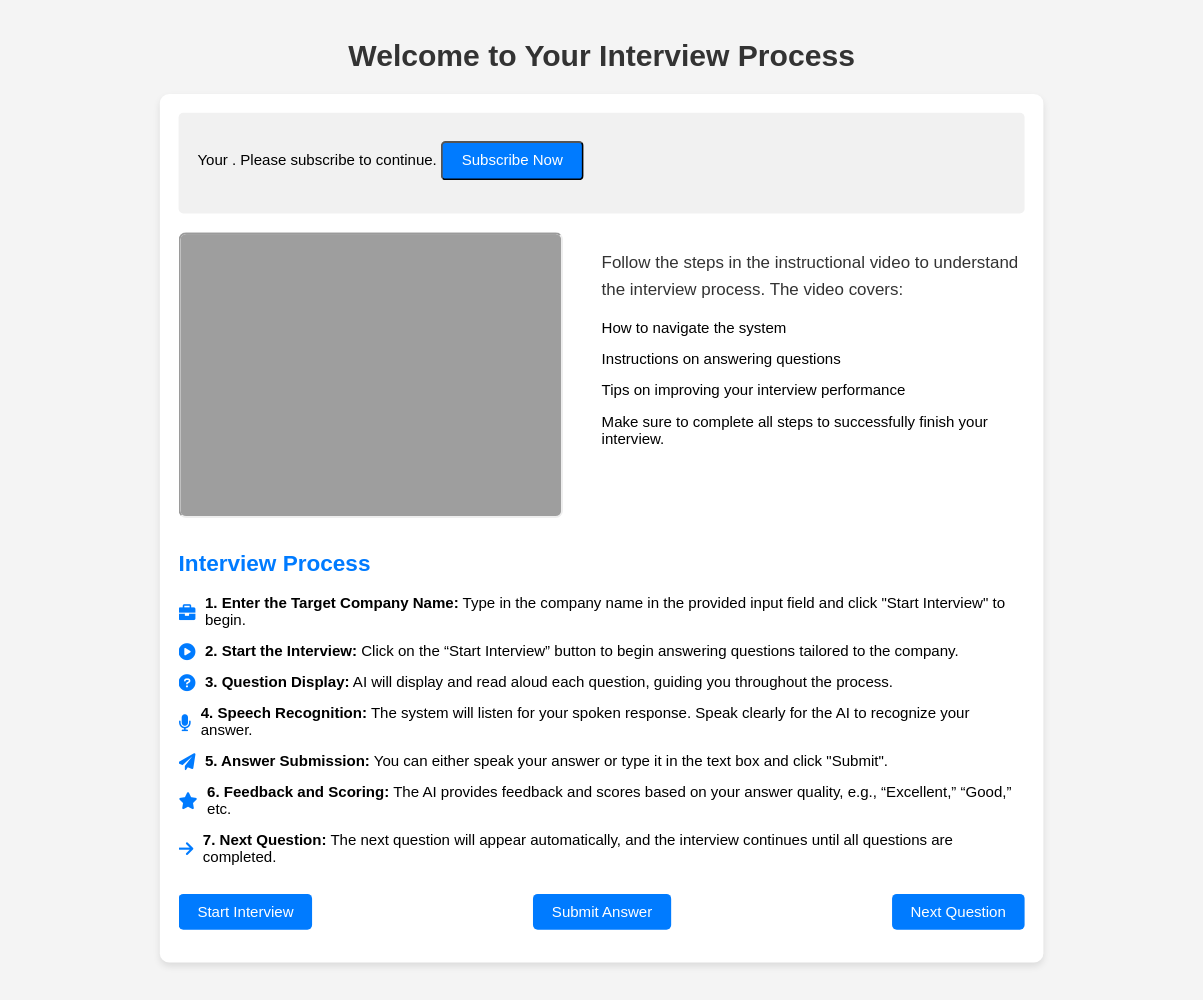
Repository: raushan22882917/Interview_platform
Page: templates/HR_Round/home.html
The author's editor kept a copy of each file at every save. The page is drawn from the files as they stood at one save, then again after a run of saves.
The browser window is 1280 px wide. The pictures show the whole page, at 94% of full size.
Pictures or frames that could not be fetched are drawn as grey boxes. The page is served by the project's application, run on Flask 3 (temp_code.py). The template is opened directly, without the code that normally fills it, so the values that code supplies are empty.

Above is the page before, as saved 2024-12-01 15:29:32.

After the next 5 saves:
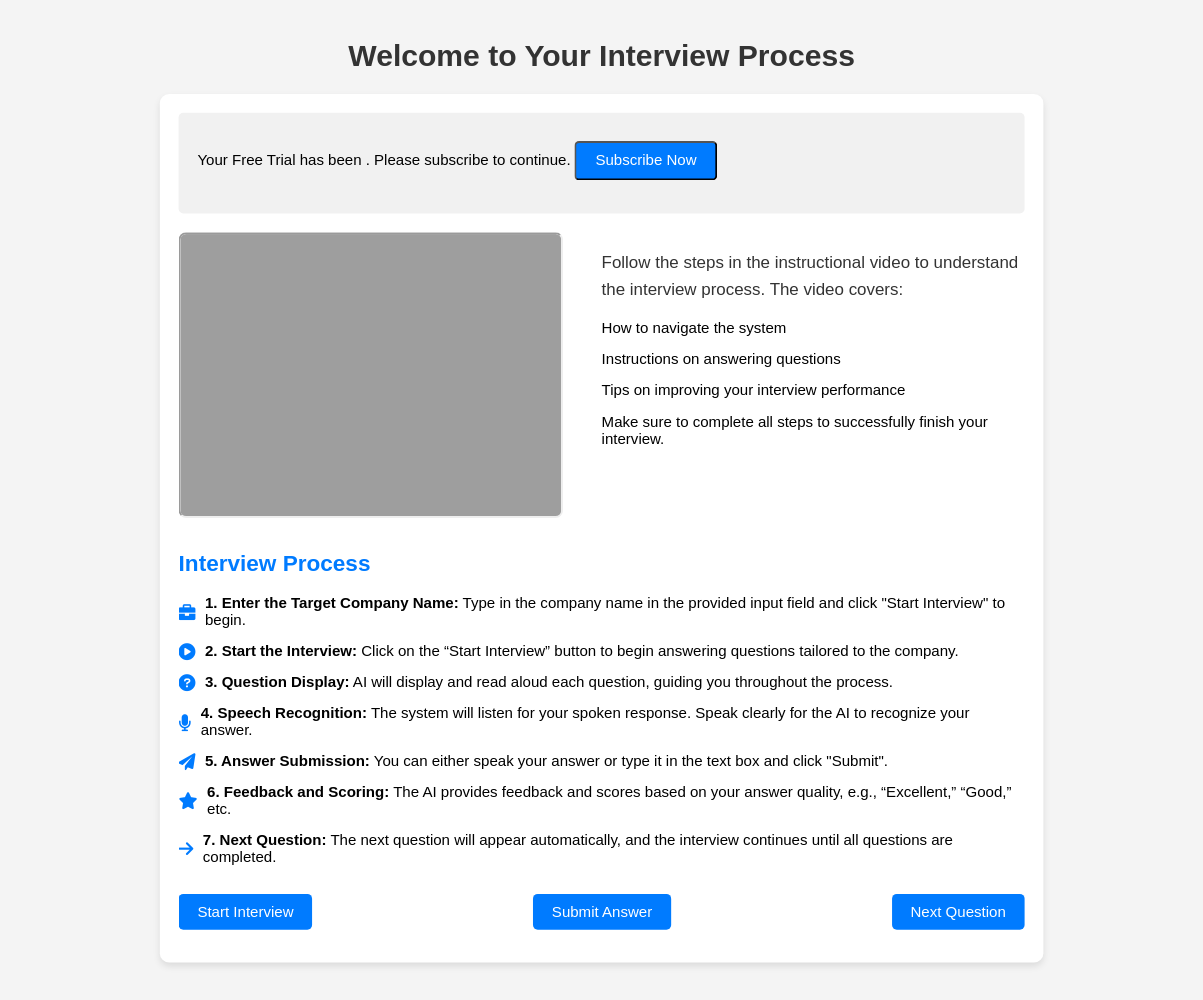
The 5 saves are shown as one change because they came seconds apart.
The last was saved 13 s later.
--- a/Tech_Round/templates/HR_Round/home.html
+++ b/Tech_Round/templates/HR_Round/home.html
@@ -141,7 +141,7 @@
                 You have used your free trial. You have 2 uses left.
                 <button onclick="window.location.href='/hr_index'" class="subscription-button">Free Trial</button>
             {% else %}
-                Your . Please subscribe to continue.
+                Your Free Trial has been . Please subscribe to continue.
                 <button onclick="window.location.href='/subscribe'" class="subscription-button">Subscribe Now</button>
             {% endif %}
         </div>
